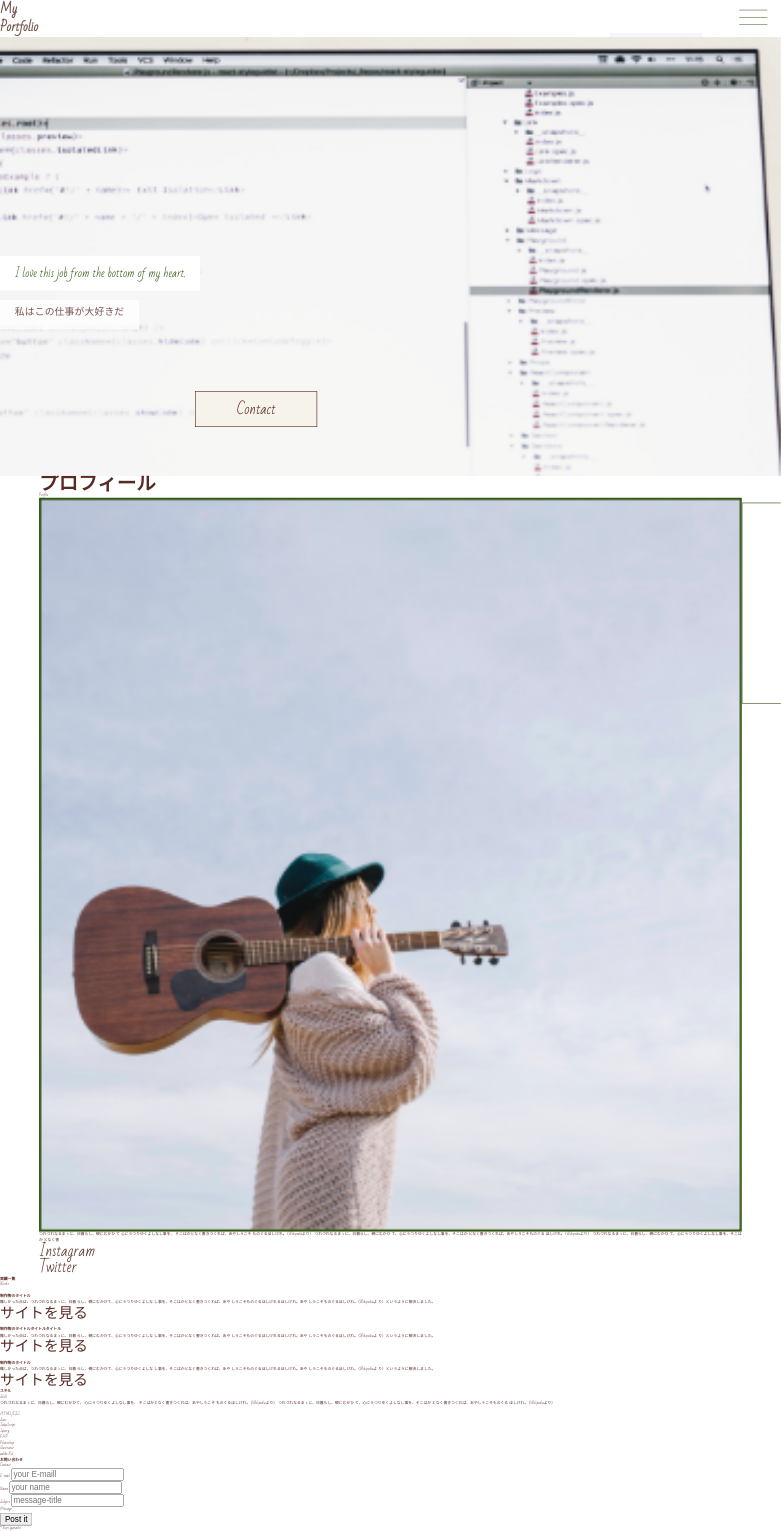
Repository: ppmp556/igarashi.kakuu
Page: index.html
These files come from the project's save history. The page is drawn as it stood at one moment and after the next save; the edit follows.
The browser window is 1280 px wide. The pictures show the whole page, at 61% of full size.
Some web libraries are served in a nearby version. The style sheet was rebuilt from its Sass, Less or Tailwind sources for each picture, by a compiler version that may differ from the author's.

Above is the page before, as saved 2020-10-25 17:11:55.
Console error: TypeError: Cannot read properties of null (reading 'addEventListener')

### index.html
<!DOCTYPE html>
<html lang="ja">
    <head>
        <meta charset="UTF-8">
        <meta name="viewport" content="width=device-width, initial-scale=1.0, maximum-scale=1.0, minimum-scale=1.0">
        <link rel="stylesheet" href="faundation.css" type="text/css">
        <link rel="stylesheet" href="./css/style.css" type="text/css">
        <link href="https://use.fontawesome.com/releases/v5.6.1/css/all.css" rel="stylesheet">
        <link href="https://fonts.googleapis.com/css?family=Bad+Script" rel="stylesheet">
        <link href="https://fonts.googleapis.com/css?family=Sawarabi+Gothic" rel="stylesheet">
        <link rel="img" href="image">
        <title>架空LP</title>

    </head>
    <body>

        <div class="container">
            <header class="header">
                <h1 class="header_ttl">
                    <a href="index.html" class="header_link">My Portfolio</a><!-- /.header_link -->
                </h1><!-- /.header_ttl -->
                <nav class="nav">
                    <div class="nav_wrapper" id="nav_lists">
                        <!-- ハンバーガーメニュー部分 -->
                        <div class="toggle_btn" id="nav_toggler">
                            <span class="toggle_line __tg1"></span>
                            <span class="toggle_line __tg2"></span>
                            <span class="toggle_line __tg3"></span>
                        </div>
                        <!-- ハンバーガーメニューここまで -->
                    </div>
                    <ul class="nav_list flex">
                        <li class="nav_item">
                            <a href="#" class="nav_link">Profile<span class="nav_sp">プロフィール</a><!-- /.nav_link -->
                        </li><!-- /.nav_item -->
                        <li class="nav_item">
                            <a href="#" class="nav_link">Works<span class="nav_sp">実績一覧</a><!-- /.nav_link -->
                        </li><!-- /.nav_item -->
                        <li class="nav_item">
                            <a href="#" class="nav_link">Skill<span class="nav_sp">スキル</a><!-- /.nav_link -->
                        </li><!-- /.nav_item -->
                        <li class="nav_item">
                            <a href="#" class="nav_link">Contact<span class="nav_sp">お問い合わせ</a><!-- /.nav_link -->
                        </li><!-- /.nav_item -->
                    </ul><!-- /.nav_list -->
                </nav><!-- /.nav -->
            </header><!-- /.header -->
        </div><!-- /.container -->
        <div class="kv">
            <div class="kv_txtbox">
                <p class="kv_txt">I love this job from the bottom of my heart.</p><!-- /.kv_txt -->
                <p class="kv_txt __subtxt">私はこの仕事が大好きだ</p><!-- /.kv_txt -->
            </div><!-- /.kv_txtbox -->
            <div class="contact_box">
                <a href="#" class="contact_link">Contact</a><!-- /.contact_link -->
            </div><!-- /.contact_box -->
        </div><!-- /.kv -->
        <main>
            <div class="inner">

                <section class="prof" id="prof">
                    <div class="section_ttlbox">
                        <h2 class="prof_ttl">プロフィール</h2><!-- /.prof_ttl -->
                        <span class="prof_sub">Profile</span>
                    </div><!-- /.section_ttlbox -->
                    <div class="prof_imgbox">
                        <img src="images/profile/profile.png" alt="#">
                    </div><!-- /.prof_imgbox -->
                    <p class="prof_txt">
                        つれづれなるまゝに、日暮らし、硯にむかひ
                        て
                        心にうつりゆくよしなし事を、
                        そこはかとなく書きつくれば、あやしうこそ
                        ものぐるほしけれ。（Wikipediaより）
                        つれづれなるまゝに、日暮らし、硯にむかひ
                        て、心にうつりゆくよしなし事を、そこはか
                        となく書きつくれば、あやしうこそものぐる
                        ほしけれ。（Wikipediaより）
                        つれづれなるまゝに、日暮らし、硯にむかひ
                        て、心にうつりゆくよしなし事を、そこはか
                        となく書
                    </p><!-- /.prof_txt -->
                    <div class="section_btnbox">
                        <div class="site_btn">
                            <a href="#" class="site_link">Instagram</a>
                        </div><!-- /.site_btn -->
                        <div class="site_btn">
                            <a href="#" class="site_link">Twitter</a>
                        </div><!-- /.site_btn -->
                    </div><!-- /.section_btnbox -->
                </section><!-- /#prof.prof -->


                <section class="work" id="work">
                    <div class="section_ttlbox">
                        <h2 class="work_ttl">実績一覧</h2><!-- /.work_ttl -->
                        <span class="work_sub">Works</span>
                    </div><!-- /.section_ttlbox -->

                    <div class="work_imgbox">
                        <ul class="work_list">
                            <li class="work_item">
                                <img src="" alt="" class="work_img">
                                <h3 class="work_ttl">制作物のタイトル</h3><!-- /.work_txt -->
                                <p class="work_txt">
                                    難しかった点は、つれづれなるまゝに、日暮
                                    らし、硯にむかひて、心にうつりゆくよしな
                                    し事を、そこはかとなく書きつくれば、あや
                                    しうこそものぐるほしけれるほしけれ。あや
                                    しうこそものぐるほしけれ。（Wikipediaよ
                                    り）というように解決しました。
                                </p><!-- /.work_txt -->
                                <div class="site_btn">
                                    <a href="#" class="site_link">サイトを見る</a>
                                </div><!-- /.site_btn -->
                            </li><!-- /.work_item -->
                            <li class="work_item">
                                <img src="" alt="" class="work_img">
                                <h3 class="work_ttl">制作物のタイトルタイトルタイトル</h3><!-- /.work_txt -->
                                <p class="work_txt">
                                    難しかった点は、つれづれなるまゝに、日暮
                                    らし、硯にむかひて、心にうつりゆくよしな
                                    し事を、そこはかとなく書きつくれば、あや
                                    しうこそものぐるほしけれるほしけれ。あや
                                    しうこそものぐるほしけれ。（Wikipediaよ
                                    り）というように解決しました。
                                </p><!-- /.work_txt -->
                                <div class="site_btn">
                                    <a href="#" class="site_link">サイトを見る</a>
                                </div><!-- /.site_btn -->
                            </li><!-- /.work_item -->
                            <li class="work_item">
                                <img src="" alt="" class="work_img">
                                <h3 class="work_ttl">制作物のタイトル</h3><!-- /.work_txt -->
                                <p class="work_txt">
                                    難しかった点は、つれづれなるまゝに、日暮
                                    らし、硯にむかひて、心にうつりゆくよしな
                                    し事を、そこはかとなく書きつくれば、あや
                                    しうこそものぐるほしけれるほしけれ。あや
                                    しうこそものぐるほしけれ。（Wikipediaよ
                                    り）というように解決しました。
                                </p><!-- /.work_txt -->
                                <div class="site_btn">
                                    <a href="#" class="site_link">サイトを見る</a>
                                </div><!-- /.site_btn -->
                            </li><!-- /.work_item -->
                        </ul><!-- /.work_list -->
                    </div><!-- /.work_imgbox -->
                </section><!-- /#work.work -->

                <section class="skii" id="skill">
                    <div class="section_ttlbox">
                        <h2 class="skill_ttl">スキル</h2><!-- /.skill_ttl -->
                        <span class="skill_sub">Skill</span>
                    </div><!-- /.section_ttlbox -->
                    <div class="skill_txtbox">
                        <p class="skill_txt">
                            つれづれなるまゝに、日暮らし、硯にむかひて、
                            心にうつりゆくよしなし事を、
                            そこはかとなく書きつくれば、あやしうこそ
                            ものぐるほしけれ。（Wikipediaより）
                            つれづれなるまゝに、日暮らし、硯にむかひ
                            て、心にうつりゆくよしなし事を、そこはか
                            となく書きつくれば、あやしうこそものぐる
                            ほしけれ。（Wikipediaより）
                        </p><!-- /.skill_txt -->
                    </div><!-- /.skill_txtbox -->
                    <div class="skill_listbox">
                        <div class="skill_imgbox">
                            <img src="" alt="" class="skill_img">
                        </div><!-- /.skill_imgbox -->
                        <ul class="skill_list">
                            <li class="skill_item">HTML/CSS</li><!-- /.skill_item -->
                            <li class="skill_item">Sass</li><!-- /.skill_item -->
                            <li class="skill_item">JavaScript</li><!-- /.skill_item -->
                            <li class="skill_item">Jquery</li><!-- /.skill_item -->
                            <li class="skill_item">PHP</li><!-- /.skill_item -->
                            <li class="skill_item">Photoshop</li><!-- /.skill_item -->
                            <li class="skill_item">illustrator</li><!-- /.skill_item -->
                            <li class="skill_item">adobe Xd</li><!-- /.skill_item -->
                        </ul><!-- /.skill_list -->
                    </div><!-- /.skill_listbox -->
                </section><!-- /#skill.skii -->

                <section class="contact" id="contact">
                    <div class="section_ttlbox">
                        <h2 class="contact_ttl">お問い合わせ</h2><!-- /.contact_ttl -->
                        <span class="contact_sub">Contact</span>
                    </div><!-- /.section_ttlbox -->
                    <form action="#" class="ly-form">
                        <div class="form ord1">
                            <div class="form2">

                                <label for="email" class="formTitle u-formTxt">E-mail</label>
                                <input type="email" class="formBox" name="your-E-mail" placeholder="your E-maill">
                            </div>
                        </div>
                        <div class="form ord2">
                            <div class="form2">
                                    <label for="name" class="formTitle u-formTxt">Name</label>
                                    <input type="text" class="formBox" name="your name" placeholder="your name">

                            </div>
                        </div>
                        <div class="form ord3">
                            <div class="form2">
                                <label for="subject" class="formTitle u-formTxt">Subject</label>
                                <input type="subject" class="formBox" name="message-title" placeholder="message-title">
                            </div>
                        </div>
                        <div class="form ord4">
                            <div class="form2">
                                <label for="message" class="formTitle u-formTxt">Message</label>
                                <textare name="contents" class="area" name="contents" placeholder="contents" rows="4" cols="40"></textare>
                            </div>
                        </div>
                        <div class="inputWrap btnhv u-send">
                            <input type="submit" value="Post it" class="sendBtn">
                        </div>
                    </form>
                </section><!-- /#contact.contact -->
            </div><!-- /.inner -->

        </main>


        <footer class="footer">
            <div class="footer_sharbox">
                <ul class="footer_sharalist">
                    <li class="footer_item"></li><!-- /.footer_item -->
                    <li class="footer_item"></li><!-- /.footer_item -->
                    <li class="footer_item"></li><!-- /.footer_item -->
                </ul><!-- /.footer_sharalist -->
            </div><!-- /.footer_sharbox -->
            <small class="footer_txt">&copy; Ruri igarashi</small>
        </footer><!-- /.footer -->


        <script type="text/javascript" src="menu.js"></script>
        <script src="https://code.jquery.com/jquery-3.4.1.js" integrity="sha256-WpOohJOqMqqyKL9FccASB9O0KwACQJpFTUBLTYOVvVU=" crossorigin="anonymous"></script>

    </body>
</html>

### faundation.css

html,
body,
div,
span,
object,
iframe,
h1,
h2,
h3,
h4,
h5,
h6,
p,
blockquote,
pre,
abbr,
address,
cite,
code,
del,
dfn,
em,
img,
ins,
kbd,
q,
samp,
small,
strong,
sub,
sup,
var,
b,
i,
dl,
dt,
dd,
ol,
ul,
li,
fieldset,
form,
label,
legend,
table,
caption,
tbody,
tfoot,
thead,
tr,
th,
td,
article,
aside,
canvas,
details,
figcaption,
figure,
footer,
header,
hgroup,
menu,
nav,
section,
summary,
time,
mark,
audio,
video {
  margin: 0;
  padding: 0;
  border: 0;
  outline: 0;
  font-size: 100%;
  vertical-align: baseline;
  background: transparent;
}

body {
  line-height: 1.5;
}

article,
aside,
details,
figcaption,
figure,
footer,
header,
hgroup,
menu,
nav,
section {
  display: block;
}

ul,
ol {
  list-style: none;
}

table {
  border-collapse: collapse;
  border-spacing: 0;
}

a {
  color: inherit;
  text-decoration: none;
}

img {
  width: 100%;
  max-width: 100%;
  height: auto;
  vertical-align: bottom;
}

### menu.js
const body = document.body;

const toggler = document.getElementById('navToggler');
//#navToggleを取得し、togglerに格納


const navList = document.getElementById('js-nav');
const navList2 = document.getElementById('js-nav2');
//#navListsを取得し、navListに格納


toggler.addEventListener('click', function() {
    //togglerクリックされたら、
    body.classList.toggle('clicked');

});
navList.addEventListener('click', function(){


    body.classList.remove('clicked');
});
navList2.addEventListener('click', function(){


    body.classList.remove('clicked');
});

### scss/style.scss
@charset "UTF-8";

$cColor: #572B23;
$cBgColor: #f6f3eb;
$cGreen: #315611;
$cwhite: #ffffff;
$cGray: #f9f9f9;


html {
    font-size: 62.5%;
    overflow: auto;


}

body {
    color: $cColor;
    background-color: $cwhite;
    font-family: "Bad Script","Sawarabi Gothic";
    font-size: 62.5%;
    margin: 0 auto;
    overflow: hidden;
    width: 100%;
    height: auto;

}

*, *::before, *::after {
    box-sizing: border-box;
}

a:link, a:visited, a:hover, a:active {
    /*テキストデフォルト下線外し*/
    text-decoration: none;
    /* color: #ffffff; */
}




.container {
    overflow: hidden;
}


.flex {
    display: flex;
    justify-content: flex-start;
}

.inner {
    min-width: 336px;
    width: 100%;
    margin: 0 auto;
}


.site_btn {
    display: flex;
    width: 200px;
    font-size: 2.4rem;
    color: #572B23;
    line-height: 27px;
}

.site_link {
    width: 100%;
    height: 100%;
    display: block;
    margin: auto;
}

/****************

header

*************/

.header {
    display: flex;
    z-index: 5;
    width: 100%;
    height: 100%;
    background-color: $cwhite;
    opacity: .8;

    &_ttl {
        font-size: 2.0rem;
    font-family: "Bad Script";
    opacity: 1;
    color: $cColor;
    }
}

// nav

.nav {
    width: 100%;
    line-height: 20px;
    display: flex;
    justify-content: center;
    align-items: center;


    /* ハンバーガーメニュー */
    &_list {
        position: absolute;
        display: block;
        top: 54px;
        /* left: 377px; */
        left: 1000px;
        overflow: hidden;
        width: 15rem;
        max-height: auto;
        cursor: pointer;

        overflow-y: auto;/*縦方向の表示*/

        display: flex;
        flex-direction: column;
        transition: opacity .8s ease, visibility .6s ease;
        color: #572B23;

        background-color: #F6F3FB;
        visibility: .6s ease;
        opacity: 1;

        &.clicked {
            left: 114px;
            visibility: visible;
            opacity: 0.9;
            width: 262px;
            top: 0;
            /* height: 667px; */
            height: 100vh;
            background-color: #f6f3f8;
            position: absolute;
            display: flex;
            align-items: center;
            justify-content: center;

        }
    }

    &_item {
        padding: 2px 0;
        font-size: 2rem;
        color: #572B23;
        position: relative;

        transition: transform 6s ease, opacity .2s ease;

        &:nth-child(1) {
        transform: translateX(200px);

        transition: transform .6s ease, opacity .2s ease;

        }

        &:nth-child(2) {
        transition-delay: .15s;

        }
        &:nth-child(3) {
        transition-delay: .3s;

        }

        &:nth-child(4) {
        transition-delay: .45s;

        }

        &:nth-child(5) {
        transition-delay: .6s;

        }

        &::after {
        position: absolute;
        bottom: -4px;
        left: 0;
        content: '';
        width: 100%;
        height: 2px;
        background: #572B23;
        transform: scale(0, 1);
        transform-origin: left top;
        transition: transform .3s;
        }

        &:hover::after {
        transform: scale(1, 1);
        }

    }







    &_link {
        width: 100%;
        display: block;
        color: #572B23;
    font-size: 2.4rem;
    display: flex;
    align-items: center;
    flex-direction: column;
    justify-content: center;
    }


}




.clicked .navList .navItem {
    transform: translateX(0px);
}







.toggle_btn {

    z-index: 2000;
    position: absolute;
    top: 0;
    width: 45.25px;
    /* height: 24px; */
    height: 55px;
    right: 16.19px;
    cursor: pointer;
    transition: all .30s ease-in-out;/*0.3秒かけて変化*/
}

.toggle_line {
    display: block;
    position: absolute;
    z-index: 2100;
    right: 6.3px;
    top: 14px;
    width: 100%;
    height: 1px;
    background-color: #315611;
    transition: all 0.3s;
}


.__tg1 {
    top: 16.19px;

    &.clicked {
        transform: translateY(12px) rotate(-315deg);
    }
}
.__tg2 {
    top: 28.19px;
    &.clicked {
        opacity: 0;
    }
}
.__tg3 {
    top: 40.19px;
    &.clicked {
        transform: translateY(-11px) rotate(315deg);
    }
}


/****************

kv

*************/

.kv {
    background: url(/images/top-image/top-image.png) center / cover no-repeat;
    background-position-y: 50%;
    height: 100vh;
    width: 100%;
    // display: flex;

    position: relative;

    &_txtbox {
        position: absolute;
        top: 50%;

    }

    &_txt {
        margin: auto;
        text-align: center;
        font-size: 1.8rem;
        color: $cGreen;
        padding: 10px 24px;
        background-color: $cwhite;
        opacity: 1;
        margin-bottom: 16px;
        line-height: 2;
    }

}


.__subtxt {
    font-size: 1.6rem;
    padding: 13px 24px;
    color: $cColor;
    opacity: 0.8;
    letter-spacing: 0.32px;
    width: 228px;
    height: 48px;
    line-height: .84;
    display: inline-block;
    margin-right: auto;
}


.contact_box {
    display: block;
    position: absolute;
    bottom: 80px;
    left: 25%;
    margin: 0 auto;
    width: 20rem;
    line-height: 45px;
    // margin-top: auto;

    opacity: 1;
    border: 1px solid $cColor;
    text-align: center;
    background-color: $cBgColor;
    font-size: 2.3rem;
    font-family: "bad script";
    color: $cColor;

}


.contact_link {
    padding: 6px 66px;
    display: block;
    width: 100%;
    // height: 100%;
    text-align: center;

}

/****************

profile

*************/

.prof {
    padding: 0 64px;

    &_ttl {
        font-size: 3.2rem;
        color: $cColor;
        text-align: left;
        line-height: 0.84;
    }

    &_imgbox {
        position: relative;
        width: 100%;
        height: 100%;
        z-index: 90;

        &::after {
            content: '';
            position: absolute;
            border: 1px solid #315611;
            width: 316px;
            height: 330px;
            z-index: -99;
            opacity: 1;
            // left: 20px;
            top: 8px;
            z-index: 89;
        }
    }



}


.ly-profWrapper {
  position: absolute;
  top: 668px;
  width: 375px;
  height: 1054px;
}
.ly-profBox {
  display: flex;
  justify-content: center;
  align-items: center;
  height: 942px;
}
.profImages {


    top: 165px;
    left: 28px;
    z-index: -90;
}

.hideBox1 {


}
.hideBox2 {
    border: 1px solid #315611;
    width: 316px;
    height: 330px;
    z-index: -98;
    opacity: 1;
    position: absolute;
    left: 36px;
    top: 173px;

}
.profContent {
    position: absolute;
    text-align: left;
    top: 535px;
    left: 20px;

    width: 336px;
    height: auto;
}


.profBtn {
    position: relative;
    display: flex;
    justify-content: space-around;
    top: -4px;

}

.contactBtn {
    justify-content: space-between;
    border: 1px solid #315611;
    background: #ffffff;
    width: 16rem;
    height: 4.8rem;
    position: relative;
}


.u-boxImg {
    right: -143px;
    top: -424px;
    z-index: -101;
}

.u-prof {
    font-size: 1.6rem;
    letter-spacing: 0.32px;
    line-height: 2;
    font-family: "Sawarabi Gothic";
}
.u-Btn {
    font-family:"Bad Script";
    font-size: 2.4rem;

}

After the next save:
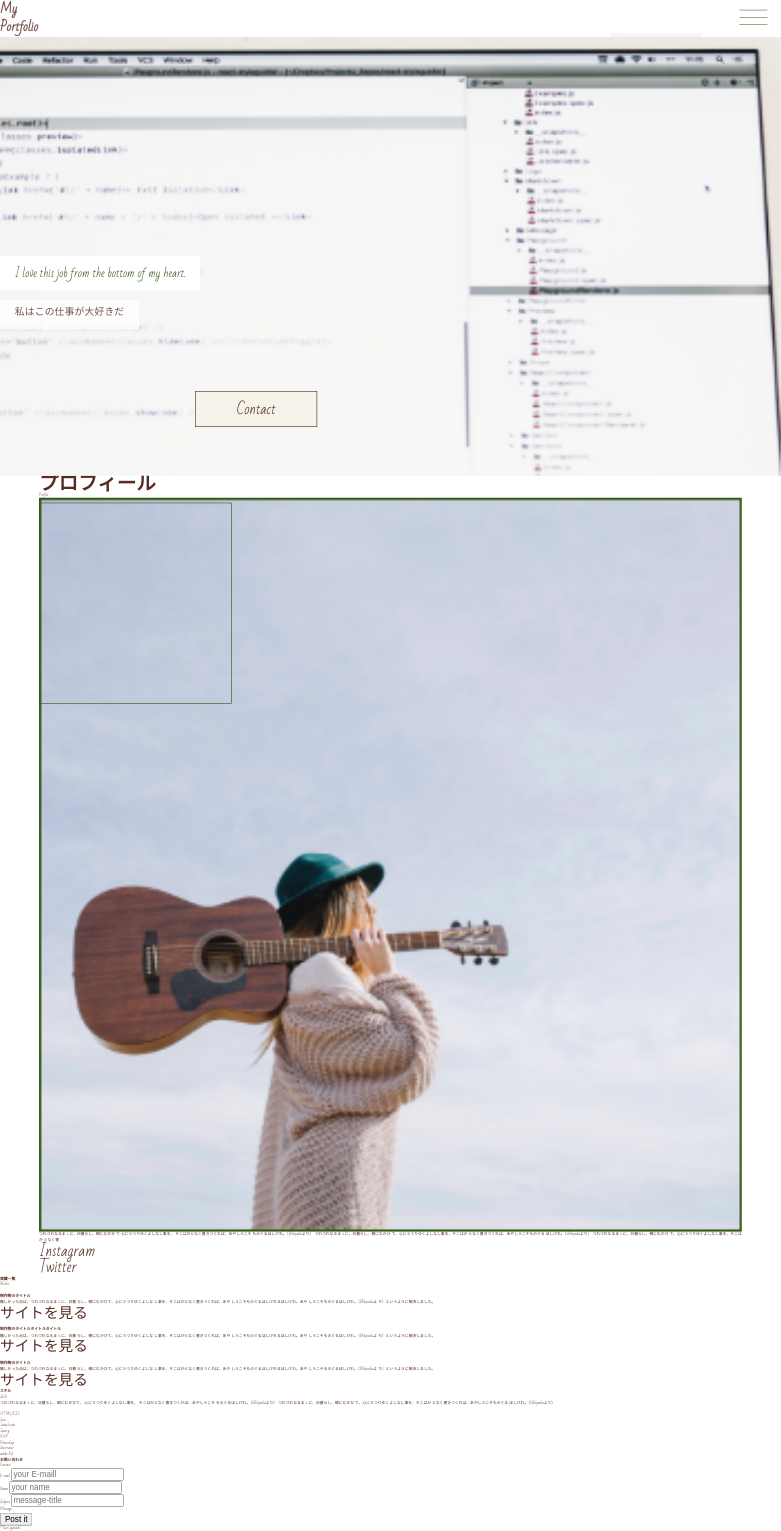
Saved 37 s later.
--- a/scss/style.scss
+++ b/scss/style.scss
@@ -386,7 +386,7 @@ profile
             height: 330px;
             z-index: -99;
             opacity: 1;
-            // left: 20px;
+            left: 0;
             top: 8px;
             z-index: 89;
         }
